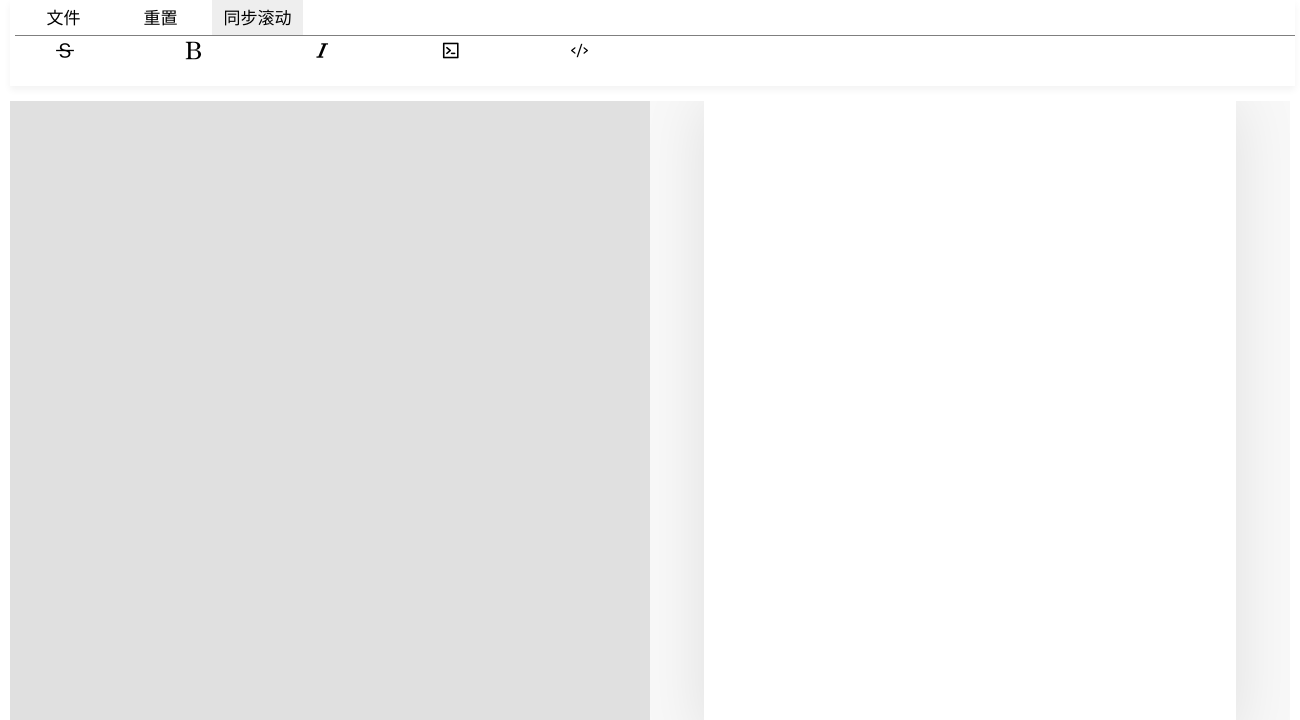
Repository: Wanghd6/Task
Page: / (app in task3_md_react/)
These files come from the project's save history. The page is drawn as it stood at one moment and after the next save; the edit follows.
The browser window is 1280 px wide. The page is 1300 px wide, so the pictures cover 1300 px, including what lies to the right of the window. The pictures show the whole page.
The project was rebuilt for these pictures with package versions that can differ from the ones it lists, and the page was loaded fresh each time. Also part of the build but not shown: task3_md_react/src/Modal.js.

Above is the page before, as saved 2024-09-27 12:18:48.

After the next save:
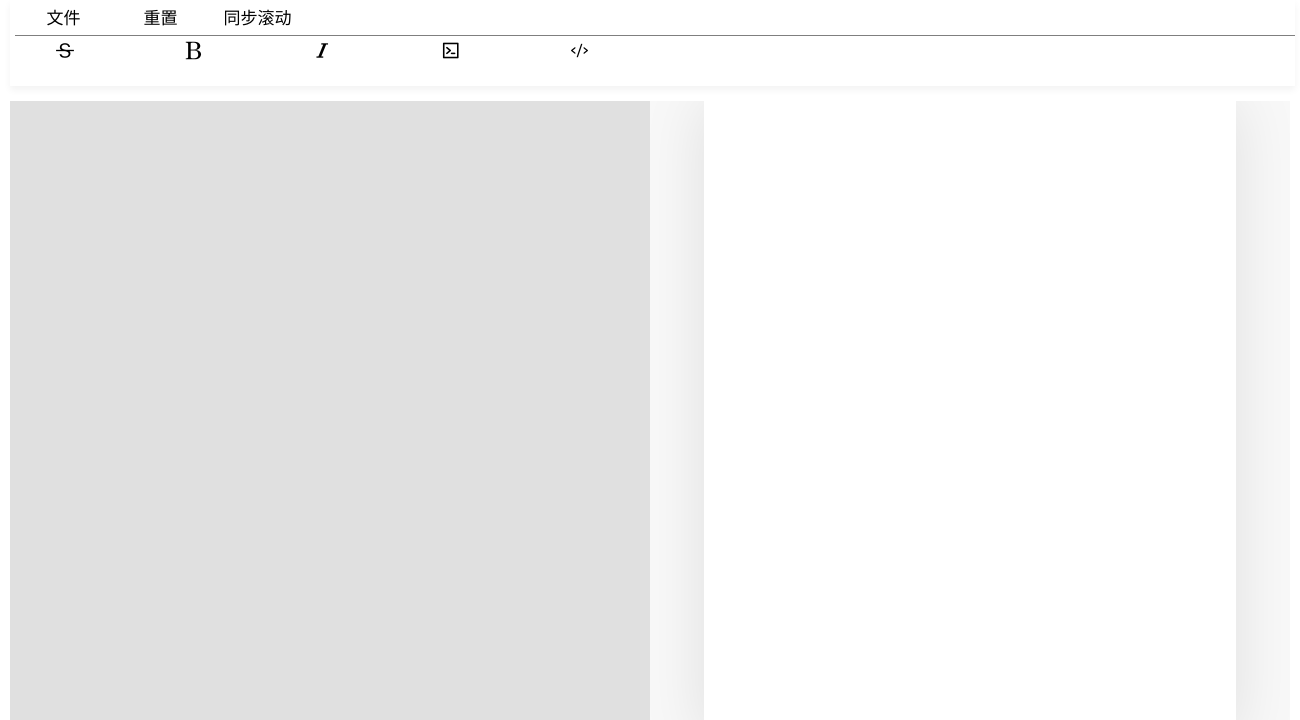
Saved 30 min 0 s later.
--- a/task3_md_react/src/App.js
+++ b/task3_md_react/src/App.js
@@ -11,7 +11,7 @@ const Modal = lazy(() => import('./Modal'));
 function App() {
   const [markdownContent, setMarkdownContent] = useState(sessionStorage.getItem('markdownContent') || '');
   const [isResetVisible, setIsResetVisible] = useState(false); // 控制弹窗显示的状态
-  const [isSyncScroll, setIsSyncScroll] = useState(true); // 新增的状态
+  const [isSyncScroll, setIsSyncScroll] = useState(false); // 新增的状态
 
   useEffect(() => {
     console.log('Updated markdownContent:', markdownContent); // 调试 markdown 内容
